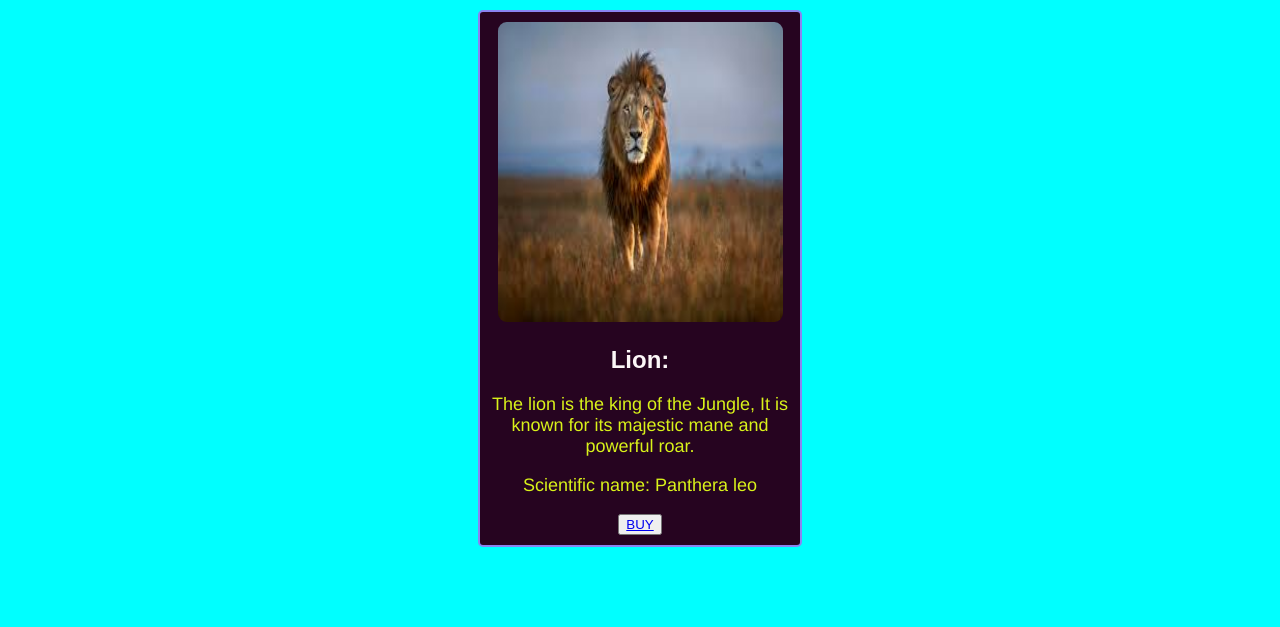
Repository: KingBoyMaylow/Animal-trading-card
Page: index.html
An editor plug-in stored every save of this project. The page is shown before and after the next save, followed by the edit.
The browser window is 1280 px wide. The pictures show the whole page.

Above is the page before, as saved 2024-05-14 13:45:26.

### index.html
<!DOCTYPE html>
<html lang="en">
<head>
    <meta charset="UTF-8">
    <meta name="viewport" content="width=device-width, initial-scale=1.0">
    <title>Document</title>
</head>
<body>
    <style>
    body {
        font-family: Arial, sans-serif;
        text-align: center;
        background-color: aqua;
    }
    .card {
        width: 300px;
        border: 2px solid #8a83f1;
        border-radius: 5px;
        margin: 10px auto;
        padding: 10px;
        background-color: #260420;
    }
    .card img {
        width: 95%;
        border-radius: 3%;
        height: 300px;
    }
    .card h2 {
        color: #fcf7f7;
    }
    .card p {
        color: #d9f21a;
        font-size: large;
        font-family: 'Franklin Gothic Medium', 'Arial Narrow', Arial, sans-serif;
    }
</style>
</head>
<body>
    <div class="card">
        <img src="lion.jpeg" alt="Lion">
        <h2>Lion:</h2>
        <h3></h3>
        <p>The lion is the king of the Jungle, It is known for its majestic mane and powerful roar.</p>
        <p>Scientific name: Panthera leo</p>
        <button><a href="#">BUY</a></button>
    </div>
</body>
</html>

After the next save:
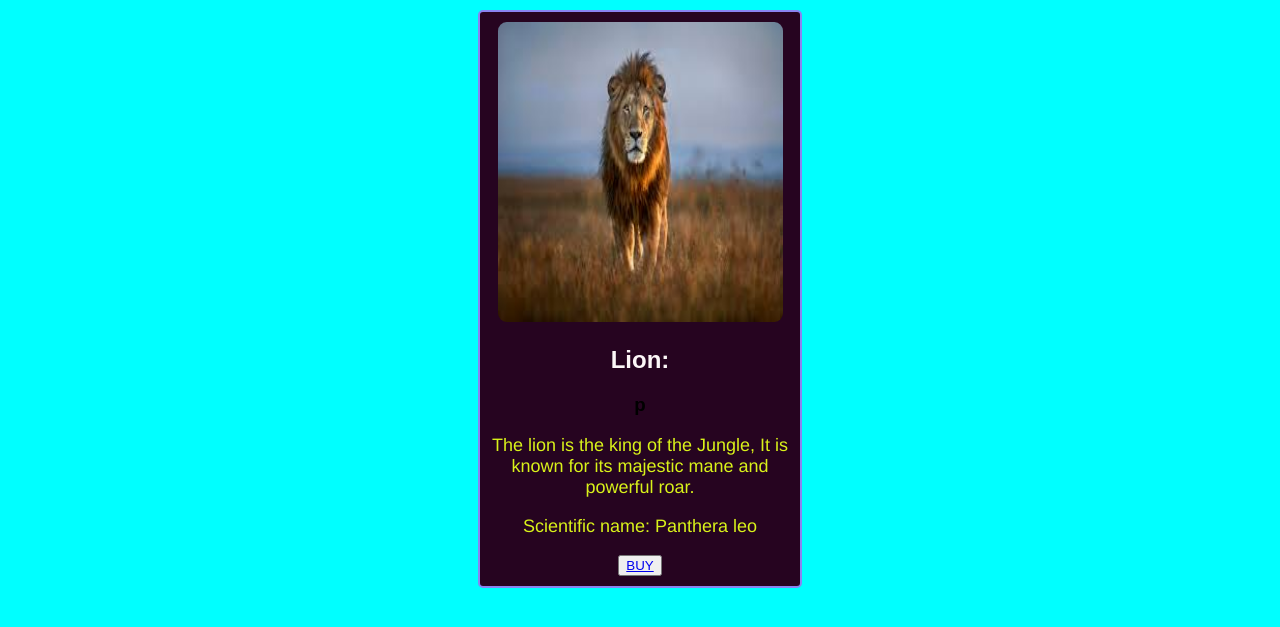
Saved 16 s later.
--- a/index.html
+++ b/index.html
@@ -39,7 +39,7 @@
     <div class="card">
         <img src="lion.jpeg" alt="Lion">
         <h2>Lion:</h2>
-        <h3></h3>
+        <h3>p</h3>
         <p>The lion is the king of the Jungle, It is known for its majestic mane and powerful roar.</p>
         <p>Scientific name: Panthera leo</p>
         <button><a href="#">BUY</a></button>
